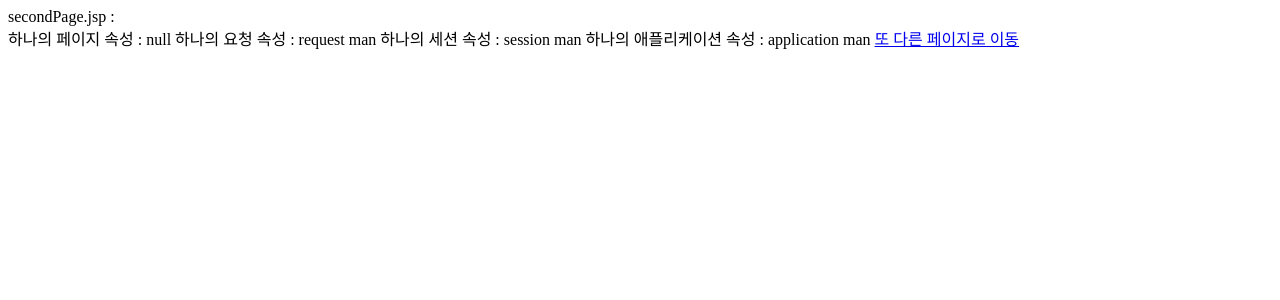
Repository: angwanghyeon/eclipse
Page: http://localhost/sec04/05_firstPage.jsp
These files come from the project's save history. The page is drawn as it stood at one moment and after the next save; the edit follows.
The browser window is 1280 px wide. The pictures show the whole page.
The page is served by Tomcat 9.

Above is the page before, as saved 2023-08-31 06:30:20.

### sec04/src/main/webapp/05_firstPage.jsp
<%@ page language="java" contentType="text/html; charset=UTF-8"
    pageEncoding="UTF-8"%>
<%
pageContext.setAttribute("name", "page man");
request.setAttribute("name", "request man");
session.setAttribute("name", "session man");
application.setAttribute("name", "application man");
%>
<!DOCTYPE html>
<html>
<head>
<meta charset="UTF-8">
<title>first</title>
</head>
<body>
firstPage.jsp : <br>
하나의 페이지 속성 : <%= pageContext.getAttribute("name") %><br>
하나의 요청 속성 : <%= request.getAttribute("name") %> <br>
하나의 세션 속성 : <%= session.getAttribute("name") %> <br>
하나의 애플리케이션 속성 : <%= application.getAttribute("name") %> <br>
<% request.getRequestDispatcher("05_secondPage.jsp")
.forward(request, response); %>
</body>
</html>

### sec04/src/main/webapp/05_secondPage.jsp
<%@ page language="java" contentType="text/html; charset=UTF-8"
	pageEncoding="UTF-8"%>
<!DOCTYPE html>
<html>
<head>
<meta charset="UTF-8">
<title>second</title>
</head>
<body>
secondPage.jsp : <br>
하나의 페이지 속성 : <%= pageContext.getAttribute("name") %>
하나의 요청 속성 : <%= request.getAttribute("name") %>
하나의 세션 속성 : <%= session.getAttribute("name") %>
하나의 애플리케이션 속성 : <%= application.getAttribute("name") %>
<a href="05_thirdPage.jsp">또 다른 페이지로 이동</a>
</body>
</html>

After the next save:
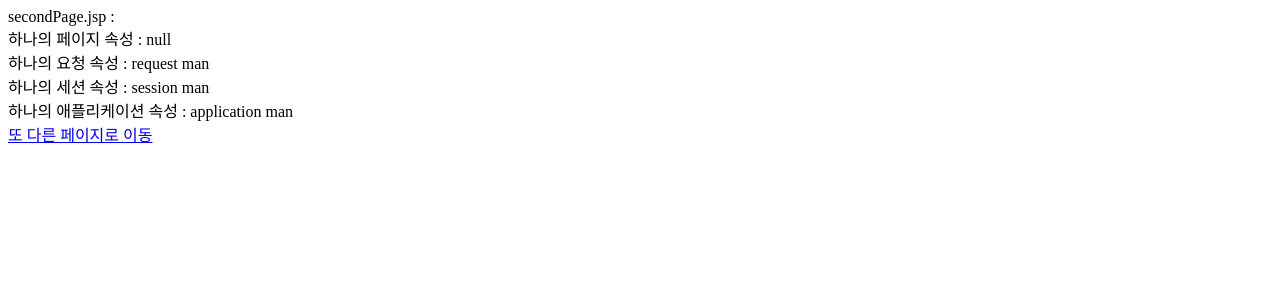
Saved 6 s later.
--- a/sec04/src/main/webapp/05_secondPage.jsp
+++ b/sec04/src/main/webapp/05_secondPage.jsp
@@ -8,10 +8,10 @@
 </head>
 <body>
 secondPage.jsp : <br>
-하나의 페이지 속성 : <%= pageContext.getAttribute("name") %>
-하나의 요청 속성 : <%= request.getAttribute("name") %>
-하나의 세션 속성 : <%= session.getAttribute("name") %>
-하나의 애플리케이션 속성 : <%= application.getAttribute("name") %>
+하나의 페이지 속성 : <%= pageContext.getAttribute("name") %> <br>
+하나의 요청 속성 : <%= request.getAttribute("name") %> <br>
+하나의 세션 속성 : <%= session.getAttribute("name") %> <br>
+하나의 애플리케이션 속성 : <%= application.getAttribute("name") %> <br>
 <a href="05_thirdPage.jsp">또 다른 페이지로 이동</a>
 </body>
 </html>
